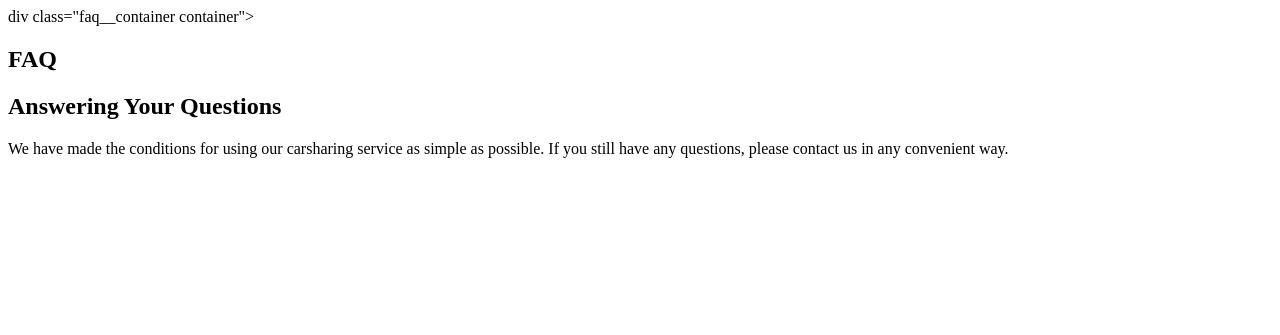
Repository: sanyathecreator/udrive-carsharing
Page: index.faq.partial.html
An editor plug-in stored every save of this project. The page is shown before and after the next save, followed by the edit.
The browser window is 1280 px wide. The pictures show the whole page.

Above is the page before, as saved 2025-09-11 01:31:32.

### index.faq.partial.html
<section class ="faq">
  div class="faq__container container">
  <h1 class ="faq __title">FAQ</h1>
  <h2 class ="faq __subtitle">Answering Your Questions</h2>
  <p class ="faq __text">We have made the conditions for using our carsharing service as simple as possible. If you still have any questions, please contact us in any convenient way.</p>
  <div class="faq__grid">
    <detailsclass

After the next save:
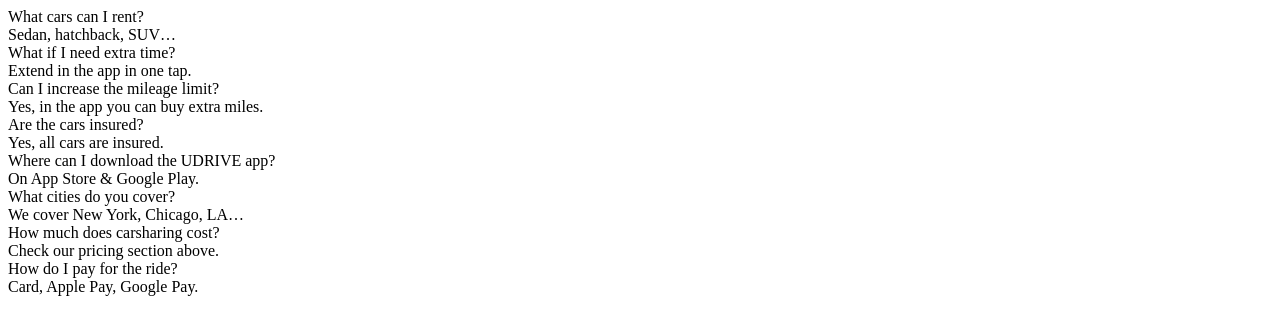
Saved 4 min 6 s later.
--- a/index.faq.partial.html
+++ b/index.faq.partial.html
@@ -1,7 +1,43 @@
-<section class ="faq">
-  div class="faq__container container">
-  <h1 class ="faq __title">FAQ</h1>
-  <h2 class ="faq __subtitle">Answering Your Questions</h2>
-  <p class ="faq __text">We have made the conditions for using our carsharing service as simple as possible. If you still have any questions, please contact us in any convenient way.</p>
+<section class="faq">
   <div class="faq__grid">
-    <detailsclass
+    <div class="faq__item">
+      <div class="faq__q">What cars can I rent?</div>
+      <div class="faq__a">Sedan, hatchback, SUV…</div>
+    </div>
+
+    <div class="faq__item">
+      <div class="faq__q">What if I need extra time?</div>
+      <div class="faq__a">Extend in the app in one tap.</div>
+    </div>
+
+    <div class="faq__item">
+      <div class="faq__q">Can I increase the mileage limit?</div>
+      <div class="faq__a">Yes, in the app you can buy extra miles.</div>
+    </div>
+
+    <div class="faq__item">
+      <div class="faq__q">Are the cars insured?</div>
+      <div class="faq__a">Yes, all cars are insured.</div>
+    </div>
+
+    <div class="faq__item">
+      <div class="faq__q">Where can I download the UDRIVE app?</div>
+      <div class="faq__a">On App Store & Google Play.</div>
+    </div>
+
+    <div class="faq__item">
+      <div class="faq__q">What cities do you cover?</div>
+      <div class="faq__a">We cover New York, Chicago, LA…</div>
+    </div>
+
+    <div class="faq__item">
+      <div class="faq__q">How much does carsharing cost?</div>
+      <div class="faq__a">Check our pricing section above.</div>
+    </div>
+
+    <div class="faq__item">
+      <div class="faq__q">How do I pay for the ride?</div>
+      <div class="faq__a">Card, Apple Pay, Google Pay.</div>
+    </div>
+  </div>
+</section>
